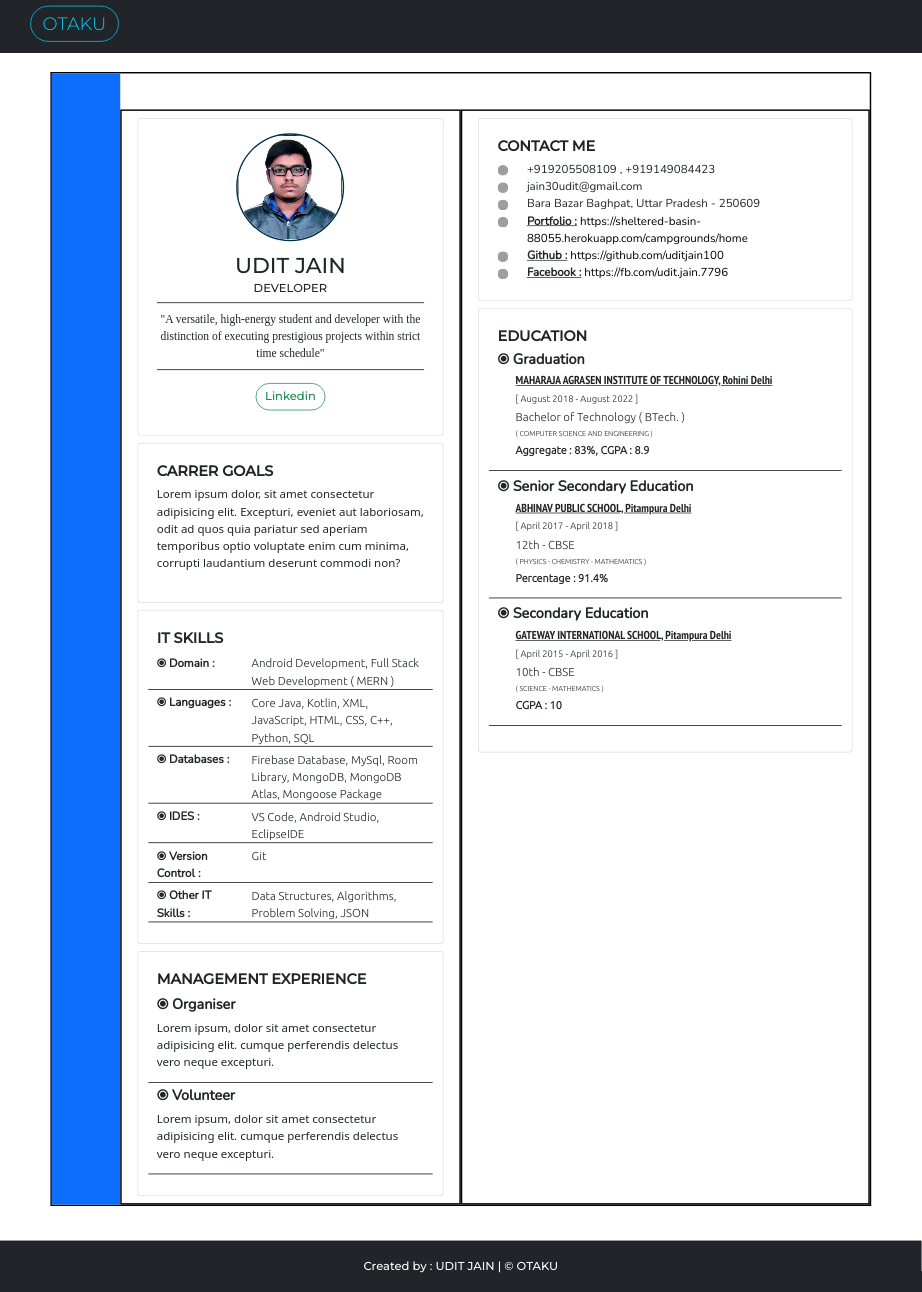
Repository: uditjain100/Responsive-Resume
Page: layouts/index.html
The author's editor kept a copy of each file at every save. The page is drawn from the files as they stood at one save, then again after the next save.
The browser window is 1280 px wide. The pictures show the whole page, at 72% of full size.
Pictures or frames that could not be fetched are drawn as grey boxes. Some web fonts or font styles are not loaded; a fallback is used. Some web libraries are served in a nearby version.

Above is the page before, as saved 2021-03-01 18:11:55.

After the next save:
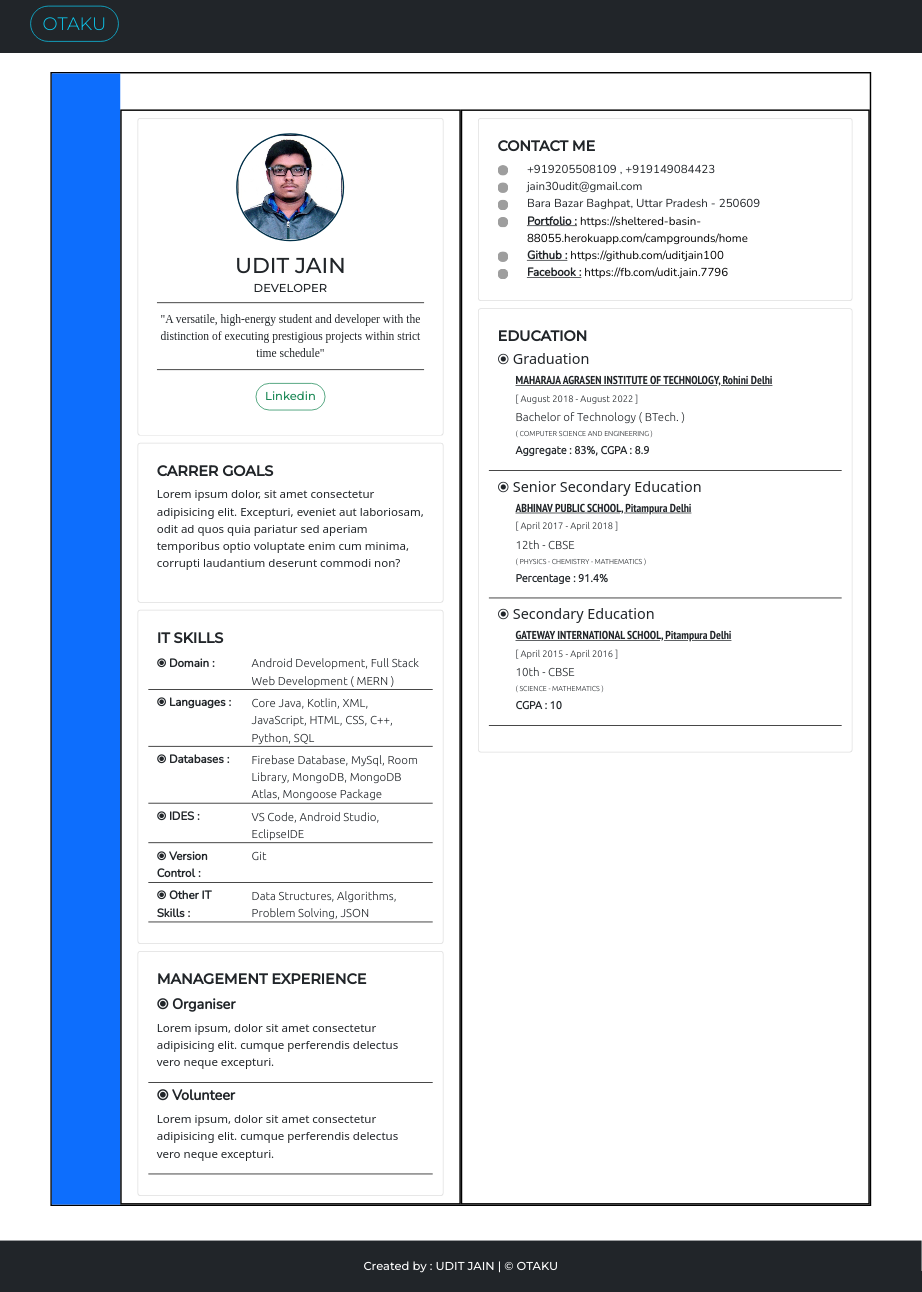
Saved 51 s later.
--- a/layouts/index.html
+++ b/layouts/index.html
@@ -261,7 +261,7 @@
               <h3 class="card-title">EDUCATION</h3>
               <ul class="list-group">
                 <li id="educationitem" class="row">
-                  <h5 id="que" class="display-10">⦿ Graduation</h5>
+                  <h5 id="educationtitle" class="display-10">⦿ Graduation</h5>
                   <div id="details" style="margin-left: 25px">
                     <h6
                       id="institutename"
@@ -283,7 +283,7 @@
                   </div>
                 </li>
                 <li id="educationitem" class="row">
-                  <h5 id="que" class="display-10">
+                  <h5 id="educationtitle" class="display-10">
                     ⦿ Senior Secondary Education
                   </h5>
                   <div id="details" style="margin-left: 25px">
@@ -307,7 +307,9 @@
                   </div>
                 </li>
                 <li id="educationitem" class="row">
-                  <h5 id="que" class="display-10">⦿ Secondary Education</h5>
+                  <h5 id="educationtitle" class="display-10">
+                    ⦿ Secondary Education
+                  </h5>
                   <div id="details" style="margin-left: 25px">
                     <h6
                       id="institutename"
